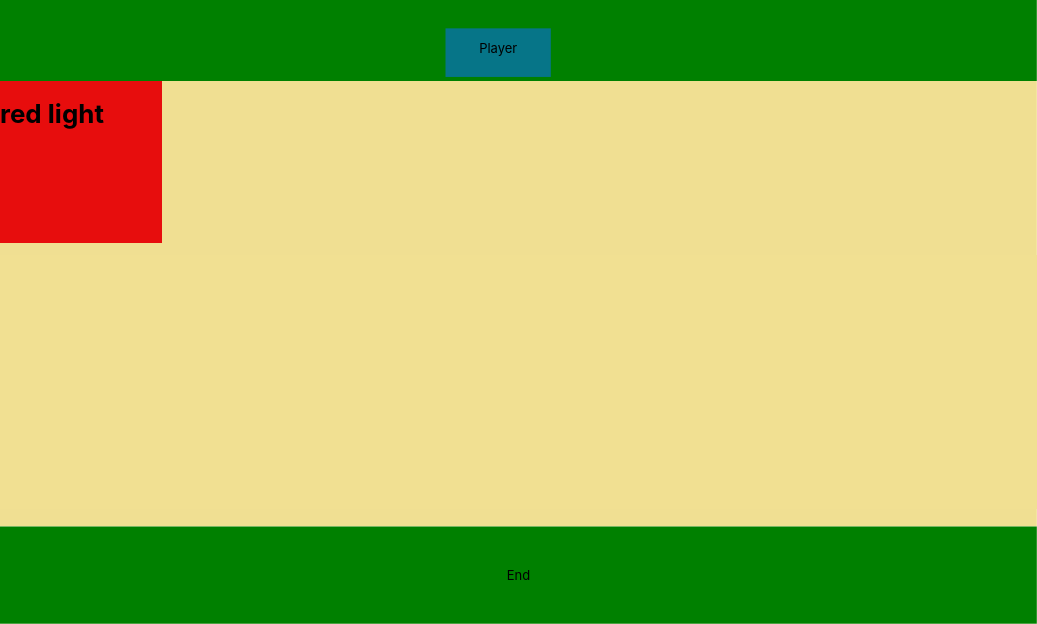
Repository: DerickT02/red-light-green-light
Page: /
An editor plug-in stored every save of this project. The page is shown before and after a run of saves, followed by the edit.
The browser window is 1280 px wide. The pictures show the whole page, at 81% of full size.
The project was rebuilt for these pictures with package versions that can differ from the ones it lists, and the page was loaded fresh each time.

Above is the page before, as saved 2021-11-22 08:03:03.

### src/App.js
import Player from './Player'
import Field from "./Field";


function App() {


  return (
    <div className="App">
     <Field player = {<Player />}/>

    </div>
  );
}

export default App;

### src/Player.js
import './Player.css'
import { useEffect, useRef } from 'react'




export default function Player(){





    function moveDown(element){
        if(element === null) return
        let playerStyle = window.getComputedStyle(element)
        let topValue = playerStyle.getPropertyValue('top').replace('px','')
        element.style.top = (Number(topValue) + 1) + 'px'
        console.log('Player is moved down')

    }

    function moveUp(element){
        if(element ===null) return
        let playerStyle = window.getComputedStyle(element)
        let topValue = playerStyle.getPropertyValue('top').replace('px','')
        element.style.top = (Number(topValue) - 1) + 'px'

    }

   window.addEventListener('keydown', (e) => {
       let currPlayer = document.getElementById('Player')
       console.log(currPlayer)
       if(e.code === 'ArrowDown'){
           moveDown(currPlayer)
           console.log(currPlayer)
           console.log(e.code)

       }

       if(e.code === 'ArrowUp'){
           moveUp(currPlayer)
       }
   })








    return(
    <div id= "Player">Player</div>
    )
}

### src/Field.js
import './Field.css'
import { useState } from 'react'





export default function Field({player}){
    const [light, setLight] = useState(true)

    function greenLight(){
        if(light === true){
            setLight(false)
            console.log(light)
        }
        else{
            setLight(true)
            console.log(light)
        }
    }


    window.setTimeout(greenLight, 5000)



    return(


        <div>
            <div className = {light ? 'green-light' : 'red-light'}><h1>{light ? 'green light' : 'red light'}</h1></div>
            <div className = "Field">
                <div className = "Start">{player}</div>
                <div className = "Middle"></div>
                <div className = "End">End</div>

            </div>
        </div>

    )
}

### src/Player.css
#Player {
  position: absolute;
  z-index: 1;
  width: 100px;
  height: 30px;
  padding: 15px;
  background-color: rgb(6, 117, 136);
  top: 35px;
  left: 550px;


}

### src/Field.css
.Field {
    text-align: center;
    width: 100%;
    height: 100%;
}

.End{
    padding: 50px;
    background-color: green;

}
.Middle{
    padding: 50px;
    background-color: rgba(240, 222, 140, 0.945);
    padding-top: 500px;

}

.Start{
    text-align: center;
    padding: 50px;
    background-color: green;

}

.green-light{
    width: 100px;
    height: 100px;
    background: rgb(13, 231, 13);
    z-index: 1;
    margin-top: 100px;
    position: fixed;
}

.red-light{
    width: 200px;
    height: 200px;
    background: rgb(231, 13, 13);
    z-index: 1;
    margin-top: 100px;
    position: fixed;
}

Loaded but not shown: public/index.html (common file); src/index.js (common file); src/index.css (common file)

After the next 2 saves:
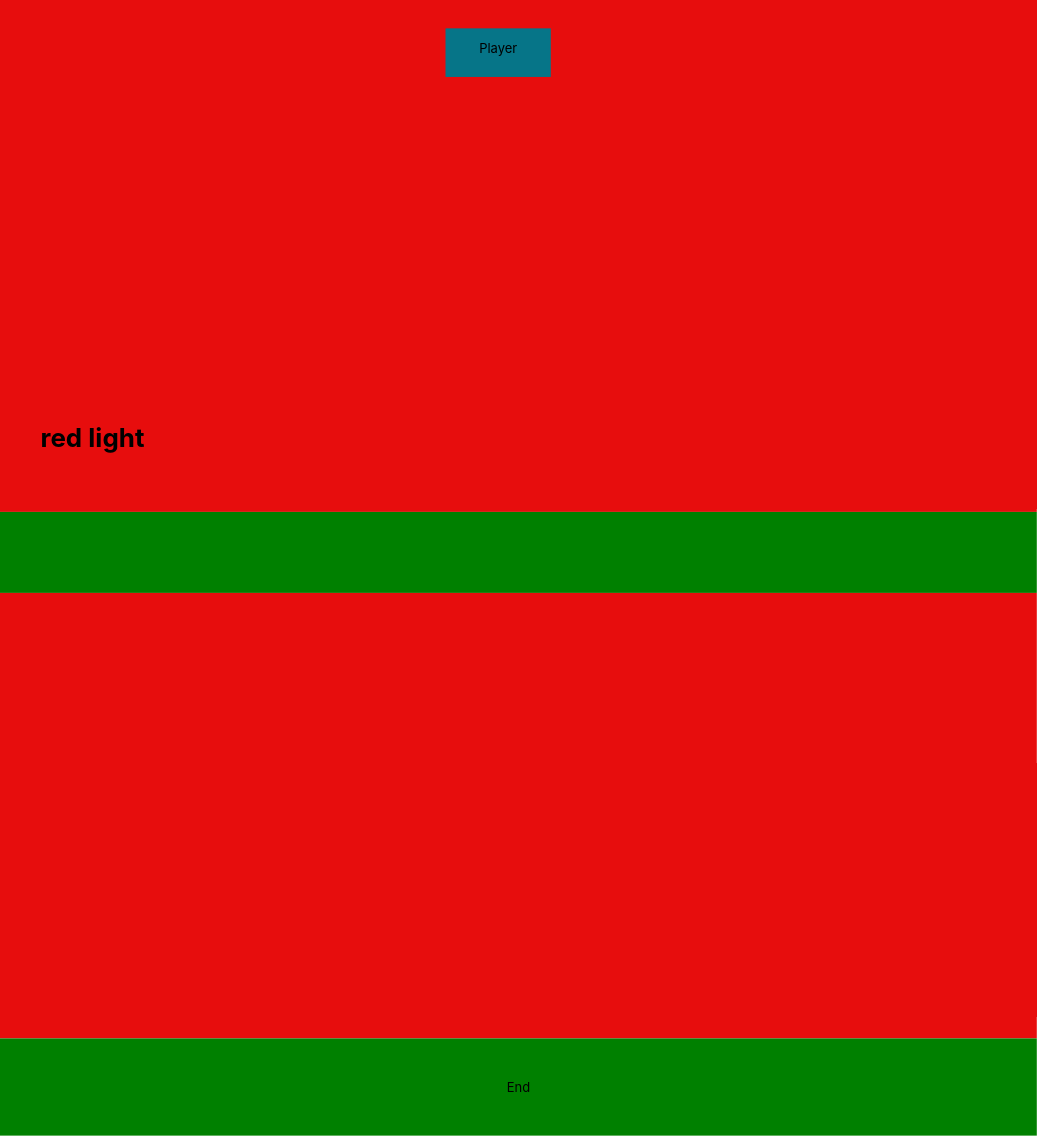
The 2 saves are shown as one change because 1 did not build or start.
The last was saved 2 min 47 s later.
--- a/src/Field.js
+++ b/src/Field.js
@@ -31,7 +31,7 @@ export default function Field({player}){
             <div className = {light ? 'green-light' : 'red-light'}><h1>{light ? 'green light' : 'red light'}</h1></div>
             <div className = "Field">
                 <div className = "Start">{player}</div>
-                <div className = "Middle"></div>
+                <div className = {light ? 'green-light' : 'red-light'} ></div>
                 <div className = "End">End</div>
 
             </div>
--- a/src/Field.css
+++ b/src/Field.css
@@ -24,19 +24,12 @@
 }
 
 .green-light{
-    width: 100px;
-    height: 100px;
+    padding: 50px;
     background: rgb(13, 231, 13);
-    z-index: 1;
-    margin-top: 100px;
-    position: fixed;
+    padding-top: 500px;
 }
-
 .red-light{
-    width: 200px;
-    height: 200px;
+    padding: 50px;
     background: rgb(231, 13, 13);
-    z-index: 1;
-    margin-top: 100px;
-    position: fixed;
+    padding-top: 500px;
 }
